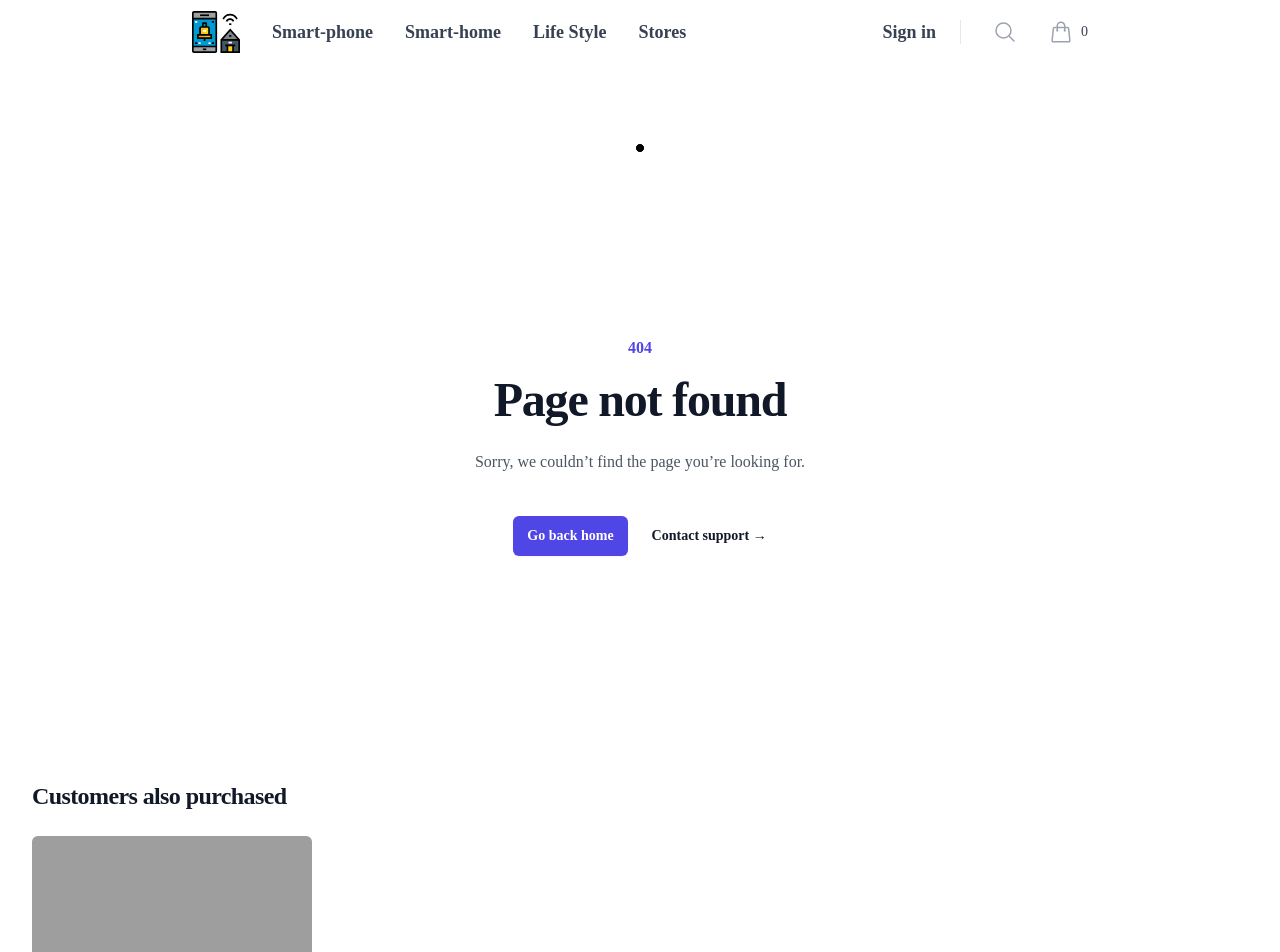
Repository: Gunplay/Smart-Home
Page: /
The author's editor kept a copy of each file at every save. The page is drawn from the files as they stood at one save, then again after the next save.
The browser window is 1280 px wide. The pictures show the part of the page from y = 0 to 952 px (the page is 1928 px tall before and 1952 px after).
Pictures or frames that could not be fetched are drawn as grey boxes. The project was rebuilt for these pictures with package versions that can differ from the ones it lists, and the page was loaded fresh each time. Also part of the build but not shown: vite.config.js, vite.config.ts.

Above is the page before, as saved 2024-06-25 13:00:19.

### index.html
<!doctype html>
<html lang="en">

<head>
  <meta charset="UTF-8" />
  <link rel="icon" type="image/svg+xml" href="./src/assets/smart-home-svgrepo-com.svg" />
  <meta name="viewport" content="width=device-width, initial-scale=1.0" />
  <title>Smart-Home</title>
  <link real='stylesheet' href='src/style.css'>
</head>

<body>
  <div id="root"></div>

  <script type="module" src="/src/main.tsx"></script>
</body>

</html>

### src/main.tsx
import React from 'react';
import ReactDOM from 'react-dom/client';
import { BrowserRouter as Router } from 'react-router-dom';
import App from './App.tsx';
import './css/style.css';

ReactDOM.createRoot(document.getElementById('root')!).render(
	<React.StrictMode>
		<Router>
			<App />
		</Router>
	</React.StrictMode>
);

### src/App.tsx
// import { useState } from 'react';

// import reactLogo from './assets/react.svg';
// import viteLogo from '/vite.svg';
import AboutUs from './components/AboutUs';
import Carousel from './components/Carousel';
import Header from './components/Header';
import PageNotFound from './components/Page404';
import ProductsList from './components/ProductsList';

function App() {
	return (
		<>
			<div className='mr-[3.75rem] pt-[4.75rem] lg:pt-[5.25rem] overflow-hidden'>
				<Header />
				<Carousel />
			</div>
			<PageNotFound />

			<ProductsList />
			<AboutUs />
		</>
	);
}

export default App;

### src/components/AboutUs/index.tsx
const links = [
	{ name: 'Open roles', href: '#' },
	{ name: 'Internship program', href: '#' },
	{ name: 'Our values', href: '#' },
	{ name: 'Meet our leadership', href: '#' },
];
const stats = [
	{ name: 'Offices worldwide', value: '12' },
	{ name: 'Full-time colleagues', value: '300+' },
	{ name: 'Hours per week', value: '40' },
	{ name: 'Paid time off', value: 'Unlimited' },
];

export default function AboutUs() {
	return (
		<div className='relative isolate overflow-hidden bg-gray-900 py-24 sm:py-32'>
			<img
				src='https://images.unsplash.com/photo-1521737604893-d14cc237f11d?ixlib=rb-4.0.3&ixid=MnwxMjA3fDB8MHxwaG90by1wYWdlfHx8fGVufDB8fHx8&auto=format&fit=crop&crop=focalpoint&fp-y=.8&w=2830&h=1500&q=80&blend=111827&sat=-100&exp=15&blend-mode=multiply'
				alt=''
				className='absolute inset-0 -z-10 h-full w-full object-cover object-right md:object-center'
			/>
			<div
				className='hidden sm:absolute sm:-top-10 sm:right-1/2 sm:-z-10 sm:mr-10 sm:block sm:transform-gpu sm:blur-3xl'
				aria-hidden='true'
			>
				<div
					className='aspect-[1097/845] w-[68.5625rem] bg-gradient-to-tr from-[#ff4694] to-[#776fff] opacity-20'
					style={{
						clipPath:
							'polygon(74.1% 44.1%, 100% 61.6%, 97.5% 26.9%, 85.5% 0.1%, 80.7% 2%, 72.5% 32.5%, 60.2% 62.4%, 52.4% 68.1%, 47.5% 58.3%, 45.2% 34.5%, 27.5% 76.7%, 0.1% 64.9%, 17.9% 100%, 27.6% 76.8%, 76.1% 97.7%, 74.1% 44.1%)',
					}}
				/>
			</div>
			<div
				className='absolute -top-52 left-1/2 -z-10 -translate-x-1/2 transform-gpu blur-3xl sm:top-[-28rem] sm:ml-16 sm:translate-x-0 sm:transform-gpu'
				aria-hidden='true'
			>
				<div
					className='aspect-[1097/845] w-[68.5625rem] bg-gradient-to-tr from-[#ff4694] to-[#776fff] opacity-20'
					style={{
						clipPath:
							'polygon(74.1% 44.1%, 100% 61.6%, 97.5% 26.9%, 85.5% 0.1%, 80.7% 2%, 72.5% 32.5%, 60.2% 62.4%, 52.4% 68.1%, 47.5% 58.3%, 45.2% 34.5%, 27.5% 76.7%, 0.1% 64.9%, 17.9% 100%, 27.6% 76.8%, 76.1% 97.7%, 74.1% 44.1%)',
					}}
				/>
			</div>
			<div className='mx-auto max-w-7xl px-6 lg:px-8'>
				<div className='mx-auto max-w-2xl lg:mx-0'>
					<h2 className='text-4xl font-bold tracking-tight text-white sm:text-6xl'>
						Work with us
					</h2>
					<p className='mt-6 text-lg leading-8 text-gray-300'>
						Anim aute id magna aliqua ad ad non deserunt sunt. Qui irure qui
						lorem cupidatat commodo. Elit sunt amet fugiat veniam occaecat
						fugiat aliqua.
					</p>
				</div>
				<div className='mx-auto mt-10 max-w-2xl lg:mx-0 lg:max-w-none'>
					<div className='grid grid-cols-1 gap-x-8 gap-y-6 text-base font-semibold leading-7 text-white sm:grid-cols-2 md:flex lg:gap-x-10'>
						{links.map(link => (
							<a key={link.name} href={link.href}>
								{link.name} <span aria-hidden='true'>&rarr;</span>
							</a>
						))}
					</div>
					<dl className='mt-16 grid grid-cols-1 gap-8 sm:mt-20 sm:grid-cols-2 lg:grid-cols-4'>
						{stats.map(stat => (
							<div key={stat.name} className='flex flex-col-reverse'>
								<dt className='text-base leading-7 text-gray-300'>
									{stat.name}
								</dt>
								<dd className='text-2xl font-bold leading-9 tracking-tight text-white'>
									{stat.value}
								</dd>
							</div>
						))}
					</dl>
				</div>
			</div>
		</div>
	);
}

### src/components/Carousel/index.tsx
import { SetStateAction, useState } from 'react';
import { BsChevronCompactLeft, BsChevronCompactRight } from 'react-icons/bs';
import { RxDotFilled } from 'react-icons/rx';
import slideOne from '/src/assets/slider-1.jpg';
import slideTwo from '/src/assets/slider-2.jpg';
import slideThree from '/src/assets/slider-3.jpg';
const slides = [
	{
		url: slideOne,
		id: 0,
	},
	{
		url: slideTwo,
		id: 1,
	},
	{
		url: slideThree,
		id: 2,
	},
];
const Carousel = () => {
	const [currentIndex, setCurrentIndex] = useState(0);

	const prevSlide = () => {
		const isFirstSlide = currentIndex === 0;
		const newIndex = isFirstSlide ? slides.length - 1 : currentIndex - 1;
		setCurrentIndex(newIndex);
	};

	const nextSlide = () => {
		const isLastSlide = currentIndex === slides.length - 1;
		const newIndex = isLastSlide ? 0 : currentIndex + 1;
		setCurrentIndex(newIndex);
	};

	const goToSlide = (slideIndex: SetStateAction<number>) => {
		console.log(slideIndex);
		setCurrentIndex(slideIndex);
	};
	return (
		<div className='h-[780px] w-full m-auto py-16 relative group'>
			<div
				style={{ backgroundImage: `url(${slides[currentIndex].url})` }}
				className='w-full h-full bg-center bg-cover duration-500'
			></div>
			<div className='hidden group-hover:block absolute top-[50%] -translate-x-0 translate-y-[-50%] left-5 text-2xl rounded-full p-2 bg-black/20 text-white cursor-pointer'>
				<BsChevronCompactLeft size={30} onClick={prevSlide} />
			</div>
			<div className='hidden group-hover:block absolute top-[50%] translate-y-[-50%] right-5 text-2xl rounded-full p-2 bg-black/20 text-white cursor-pointer'>
				<BsChevronCompactRight size={30} onClick={nextSlide} />
			</div>
			<div className='flex top-4 justify-center py-2'>
				{slides.map((slide, slideIndex) => (
					<div
						key={slideIndex}
						className='text-2xl cursor-pointer absolute'
						onClick={() => goToSlide(slideIndex)}
					>
						<RxDotFilled />
					</div>
				))}
			</div>
		</div>
	);
};

export default Carousel;

### src/components/Page404/index.tsx
export default function PageNotFound() {
	return (
		<>
			{/*
        This example requires updating your template:

        ```
        <html class="h-full">
        <body class="h-full">
        ```
      */}
			<main className='grid min-h-full place-items-center bg-white px-6 py-24 sm:py-32 lg:px-8'>
				<div className='text-center'>
					<p className='text-base font-semibold text-indigo-600'>404</p>
					<h1 className='mt-4 text-3xl font-bold tracking-tight text-gray-900 sm:text-5xl'>
						Page not found
					</h1>
					<p className='mt-6 text-base leading-7 text-gray-600'>
						Sorry, we couldn’t find the page you’re looking for.
					</p>
					<div className='mt-10 flex items-center justify-center gap-x-6'>
						<a
							href='#'
							className='rounded-md bg-indigo-600 px-3.5 py-2.5 text-sm font-semibold text-white shadow-sm hover:bg-indigo-500 focus-visible:outline focus-visible:outline-2 focus-visible:outline-offset-2 focus-visible:outline-indigo-600'
						>
							Go back home
						</a>
						<a href='#' className='text-sm font-semibold text-gray-900'>
							Contact support <span aria-hidden='true'>&rarr;</span>
						</a>
					</div>
				</div>
			</main>
		</>
	);
}

### src/components/ProductsList/index.tsx
/*
  This example requires some changes to your config:

  ```
  // tailwind.config.js
  module.exports = {
    // ...
    plugins: [
      // ...
      require('@tailwindcss/aspect-ratio'),
    ],
  }
  ```
*/
const products = [
	{
		id: 1,
		name: 'Basic Tee',
		href: '#',
		imageSrc:
			'https://tailwindui.com/img/ecommerce-images/product-page-01-related-product-01.jpg',
		imageAlt: "Front of men's Basic Tee in black.",
		price: '$35',
		color: 'Black',
	},
	// More products...
];

export default function ProductsList() {
	return (
		<div className='bg-white'>
			<div className='mx-auto max-w-2xl px-4 py-16 sm:px-6 sm:py-24 lg:max-w-7xl lg:px-8'>
				<h2 className='text-2xl font-bold tracking-tight text-gray-900'>
					Customers also purchased
				</h2>

				<div className='mt-6 grid grid-cols-1 gap-x-6 gap-y-10 sm:grid-cols-2 lg:grid-cols-4 xl:gap-x-8'>
					{products.map(product => (
						<div key={product.id} className='group relative'>
							<div className='aspect-h-1 aspect-w-1 w-full overflow-hidden rounded-md bg-gray-200 lg:aspect-none group-hover:opacity-75 lg:h-80'>
								<img
									src={product.imageSrc}
									alt={product.imageAlt}
									className='h-full w-full object-cover object-center lg:h-full lg:w-full'
								/>
							</div>
							<div className='mt-4 flex justify-between'>
								<div>
									<h3 className='text-sm text-gray-700'>
										<a href={product.href}>
											<span aria-hidden='true' className='absolute inset-0' />
											{product.name}
										</a>
									</h3>
									<p className='mt-1 text-sm text-gray-500'>{product.color}</p>
								</div>
								<p className='text-sm font-medium text-gray-900'>
									{product.price}
								</p>
							</div>
						</div>
					))}
				</div>
			</div>
		</div>
	);
}

Loaded but not shown: src/css/style.css (1876 lines, source omitted); src/components/Header/index.tsx (539 lines, source omitted)

After the next save:
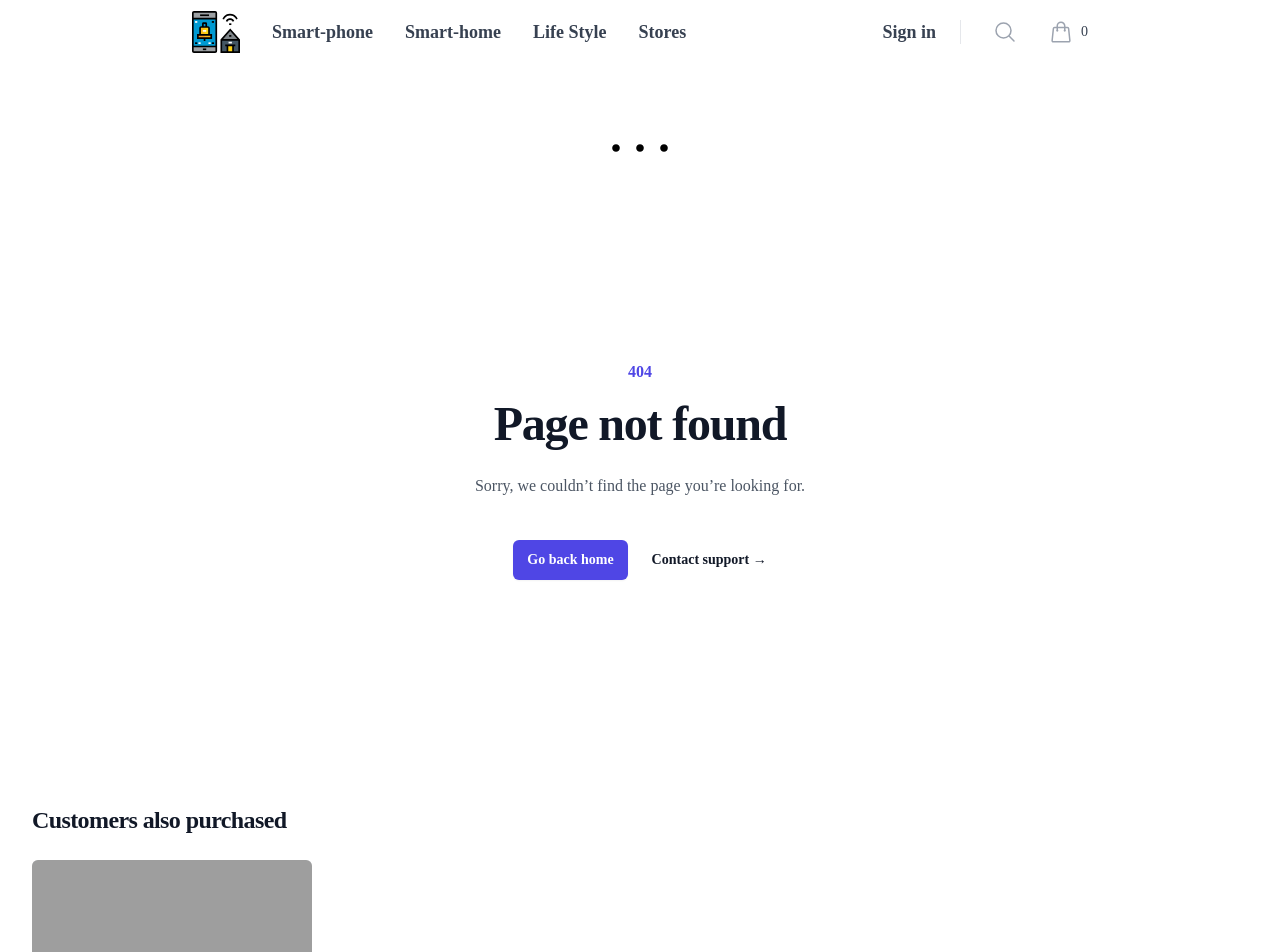
Saved 19 s later.
--- a/src/components/Carousel/index.tsx
+++ b/src/components/Carousel/index.tsx
@@ -53,7 +53,7 @@ const Carousel = () => {
 				{slides.map((slide, slideIndex) => (
 					<div
 						key={slideIndex}
-						className='text-2xl cursor-pointer absolute'
+						className='text-2xl cursor-pointer'
 						onClick={() => goToSlide(slideIndex)}
 					>
 						<RxDotFilled />
